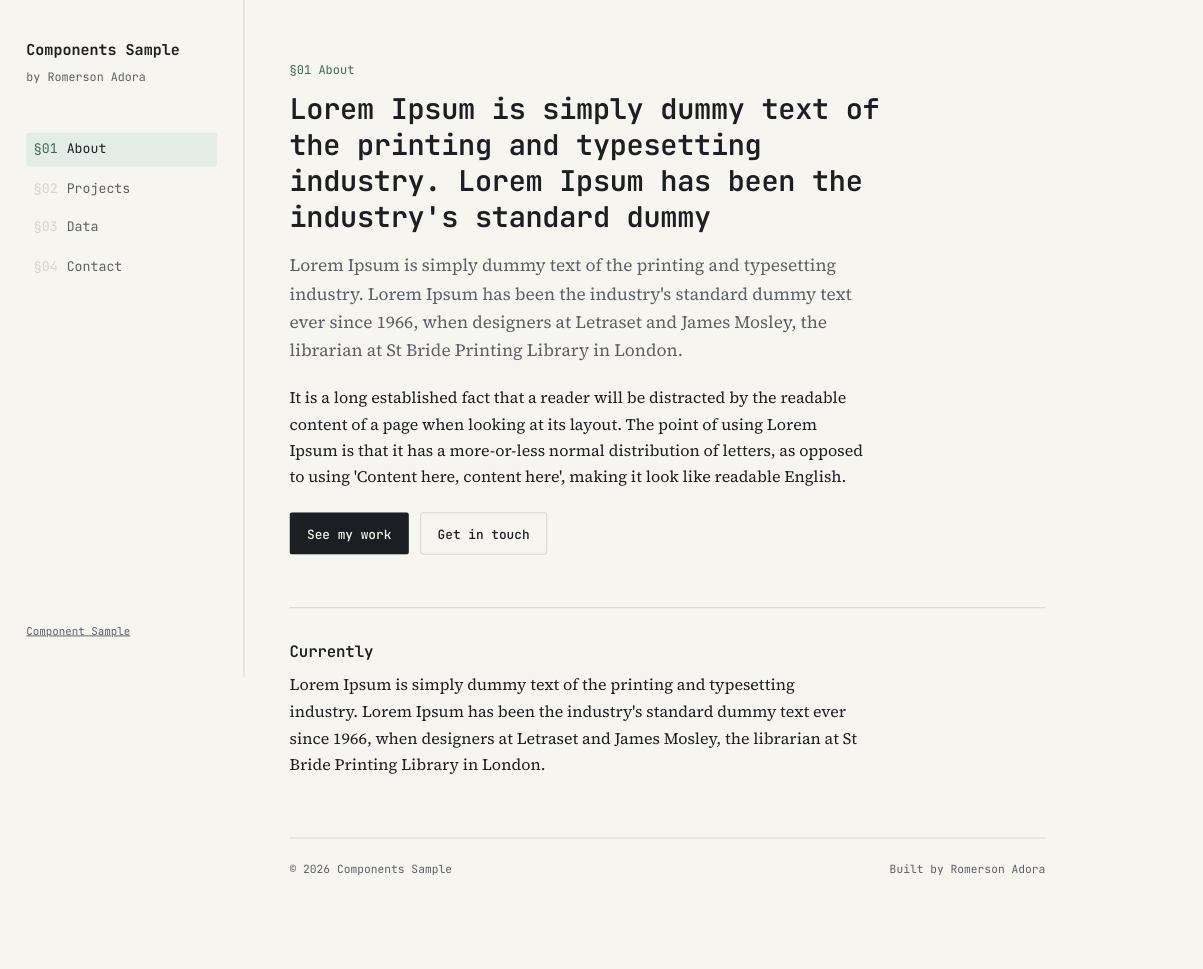
Repository: rsondev/Components-Project
Page: /
An editor plug-in stored every save of this project. The page is shown before and after the next save, followed by the edit.
The browser window is 1280 px wide. The pictures show the whole page, at 94% of full size.
The project was rebuilt for these pictures with package versions that can differ from the ones it lists, and the page was loaded fresh each time. Also part of the build but not shown: vite.config.js, src/components/ProjectCard.jsx, src/data/projects.js, src/pages/Projects.jsx, src/components/DataStats.jsx, src/data/skills.js, src/pages/Data.jsx, src/components/ContactForm.jsx and 1 more.

Above is the page before, as saved 2026-09-12 13:44:35.

### index.html
<!doctype html>
<html lang="en">
  <head>
    <meta charset="UTF-8" />
    <meta name="viewport" content="width=device-width, initial-scale=1.0" />
    <title>Sample Component | By: Romerson Adora</title>
    <link rel="preconnect" href="https://fonts.googleapis.com" />
    <link rel="preconnect" href="https://fonts.gstatic.com" crossorigin />
    <link
      href="https://fonts.googleapis.com/css2?family=JetBrains+Mono:wght@400;500;600;700&family=Source+Serif+4:opsz,wght@8..60,400;8..60,500;8..60,600;8..60,700&display=swap"
      rel="stylesheet"
    />
  </head>
  <body>
    <div id="root"></div>
    <script type="module" src="/src/main.jsx"></script>
  </body>
</html>

### src/App.jsx
import React from 'react'
import { Routes, Route } from 'react-router-dom'
import Sidebar from './components/Sidebar.jsx'
import Home from './pages/Home.jsx'
import Projects from './pages/Projects.jsx'
import Data from './pages/Data.jsx'
import Contact from './pages/Contact.jsx'

export default function App() {
  return (
    <div className="layout">
      <Sidebar />
      <main className="content">
        <Routes>
          <Route path="/" element={<Home />} />
          <Route path="/projects" element={<Projects />} />
          <Route path="/data" element={<Data />} />
          <Route path="/contact" element={<Contact />} />
          <Route
            path="*"
            element={
              <>
                <div className="page-eyebrow">404</div>
                <h1 className="page-title">Page not found</h1>
                <p>That page doesn't exist. Try the nav on the left.</p>
              </>
            }
          />
        </Routes>
      </main>
    </div>
  )
}

### src/index.css
:root {
  --paper: #f7f5f0;
  --paper-alt: #f1eee6;
  --ink: #1b1f23;
  --ink-soft: #5b6168;
  --line: #d8d3c7;
  --accent: #3a6b54;
  --accent-soft: #e4ece7;
  --rust: #b5482c;
  --mono: 'JetBrains Mono', ui-monospace, 'SFMono-Regular', Menlo, monospace;
  --serif: 'Source Serif 4', Georgia, 'Times New Roman', serif;
  --content-max: 640px;
  --sidebar-w: 260px;
}

* {
  box-sizing: border-box;
}

html,
body {
  margin: 0;
  padding: 0;
}

body {
  background: var(--paper);
  color: var(--ink);
  font-family: var(--serif);
  font-size: 17px;
  line-height: 1.65;
  -webkit-font-smoothing: antialiased;
}

h1,
h2,
h3,
h4 {
  font-family: var(--mono);
  font-weight: 600;
  line-height: 1.25;
  letter-spacing: -0.01em;
  margin: 0 0 0.6em;
}

p {
  margin: 0 0 1.1em;
  max-width: 68ch;
}

a {
  color: var(--accent);
}

a:focus-visible,
button:focus-visible,
input:focus-visible,
textarea:focus-visible {
  outline: 2px solid var(--accent);
  outline-offset: 2px;
}

::selection {
  background: var(--accent-soft);
}

.layout {
  display: flex;
  min-height: 100vh;
}

/* ---------- Sidebar ---------- */

.sidebar {
  width: var(--sidebar-w);
  flex-shrink: 0;
  border-right: 1px solid var(--line);
  padding: 2.5rem 1.75rem;
  position: sticky;
  top: 0;
  height: 100vh;
  display: flex;
  flex-direction: column;
  justify-content: space-between;
}

.sidebar-top .brand {
  font-family: var(--mono);
  font-weight: 700;
  font-size: 1rem;
  color: var(--ink);
  text-decoration: none;
  display: block;
}

.sidebar-top .role {
  font-family: var(--mono);
  font-size: 0.78rem;
  color: var(--ink-soft);
  margin-top: 0.35rem;
}

.sidebar-nav {
  margin-top: 3rem;
  display: flex;
  flex-direction: column;
  gap: 0.35rem;
}

.sidebar-nav a {
  font-family: var(--mono);
  font-size: 0.88rem;
  text-decoration: none;
  color: var(--ink-soft);
  padding: 0.4rem 0.5rem;
  border-radius: 3px;
  display: flex;
  gap: 0.6rem;
}

.sidebar-nav a .tag {
  color: var(--line);
}

.sidebar-nav a:hover {
  color: var(--ink);
  background: var(--paper-alt);
}

.sidebar-nav a.active {
  color: var(--ink);
  background: var(--accent-soft);
}

.sidebar-nav a.active .tag {
  color: var(--accent);
}

.sidebar-foot {
  font-family: var(--mono);
  font-size: 0.72rem;
  color: var(--ink-soft);
}

.sidebar-foot a {
  color: var(--ink-soft);
}

/* Mobile top bar */
.topbar {
  display: none;
}

@media (max-width: 860px) {
  .sidebar {
    display: none;
  }
  .topbar {
    display: flex;
    align-items: center;
    justify-content: space-between;
    padding: 1.1rem 1.25rem;
    border-bottom: 1px solid var(--line);
    position: sticky;
    top: 0;
    background: var(--paper);
    z-index: 10;
  }
  .topbar .brand {
    font-family: var(--mono);
    font-weight: 700;
    text-decoration: none;
    color: var(--ink);
    font-size: 0.95rem;
  }
  .topbar-nav {
    display: flex;
    gap: 1rem;
  }
  .topbar-nav a {
    font-family: var(--mono);
    font-size: 0.78rem;
    text-decoration: none;
    color: var(--ink-soft);
  }
  .topbar-nav a.active {
    color: var(--accent);
  }
}

/* ---------- Main content ---------- */

.content {
  flex: 1;
  padding: 4rem 3rem 6rem;
  max-width: 900px;
}

@media (max-width: 860px) {
  .content {
    padding: 2.5rem 1.25rem 4rem;
  }
}

.page-eyebrow {
  font-family: var(--mono);
  font-size: 0.8rem;
  color: var(--accent);
  margin-bottom: 0.75rem;
}

.page-title {
  font-size: 1.9rem;
  max-width: var(--content-max);
}

.page-lede {
  font-family: var(--serif);
  font-size: 1.15rem;
  color: var(--ink-soft);
  max-width: var(--content-max);
}

.section {
  margin-top: 3.5rem;
  padding-top: 2.25rem;
  border-top: 1px solid var(--line);
}

.section-title {
  font-size: 1.05rem;
}

/* ---------- Button component ---------- */

.btn {
  font-family: var(--mono);
  font-size: 0.85rem;
  font-weight: 500;
  border-radius: 3px;
  padding: 0.65rem 1.1rem;
  border: 1px solid transparent;
  cursor: pointer;
  display: inline-flex;
  align-items: center;
  gap: 0.5rem;
  text-decoration: none;
  transition: background 0.15s ease, border-color 0.15s ease, color 0.15s ease;
}

.btn-primary {
  background: var(--ink);
  color: var(--paper);
}

.btn-primary:hover {
  background: var(--accent);
}

.btn-ghost {
  background: transparent;
  color: var(--ink);
  border-color: var(--line);
}

.btn-ghost:hover {
  border-color: var(--ink);
}

.btn:disabled {
  opacity: 0.55;
  cursor: not-allowed;
}

/* ---------- Project cards ---------- */

.project-grid {
  display: grid;
  grid-template-columns: 1fr;
  gap: 1.25rem;
  margin-top: 1.75rem;
}

.project-card {
  border: 1px solid var(--line);
  border-radius: 4px;
  padding: 1.5rem 1.6rem;
  background: var(--paper-alt);
}

.project-card-head {
  display: flex;
  justify-content: space-between;
  align-items: baseline;
  gap: 1rem;
  flex-wrap: wrap;
}

.project-card h3 {
  font-size: 1.05rem;
}

.project-year {
  font-family: var(--mono);
  font-size: 0.78rem;
  color: var(--ink-soft);
  white-space: nowrap;
}

.project-stack {
  display: flex;
  flex-wrap: wrap;
  gap: 0.4rem;
  margin: 0.9rem 0 1.1rem;
}

.chip {
  font-family: var(--mono);
  font-size: 0.72rem;
  color: var(--accent);
  background: var(--accent-soft);
  padding: 0.2rem 0.5rem;
  border-radius: 3px;
}

.project-links {
  display: flex;
  gap: 0.75rem;
  margin-top: 1rem;
}

/* ---------- Data / stats component ---------- */

.data-block {
  margin-top: 2rem;
}

.data-block-title {
  font-family: var(--mono);
  font-size: 0.85rem;
  color: var(--ink-soft);
  margin-bottom: 0.9rem;
}

.stat-row {
  display: grid;
  grid-template-columns: 140px 1fr 46px;
  align-items: center;
  gap: 1rem;
  padding: 0.55rem 0;
  border-bottom: 1px solid var(--line);
}

.stat-row:last-child {
  border-bottom: none;
}

.stat-label {
  font-family: var(--mono);
  font-size: 0.85rem;
}

.stat-track {
  height: 6px;
  background: var(--paper-alt);
  border-radius: 3px;
  overflow: hidden;
  border: 1px solid var(--line);
}

.stat-fill {
  height: 100%;
  background: var(--accent);
}

.stat-value {
  font-family: var(--mono);
  font-size: 0.78rem;
  color: var(--ink-soft);
  text-align: right;
}

.metric-grid {
  display: grid;
  grid-template-columns: repeat(auto-fit, minmax(140px, 1fr));
  gap: 1px;
  background: var(--line);
  border: 1px solid var(--line);
  margin-top: 1.5rem;
}

.metric-cell {
  background: var(--paper);
  padding: 1.1rem 1.2rem;
}

.metric-num {
  font-family: var(--mono);
  font-size: 1.6rem;
  color: var(--rust);
  display: block;
}

.metric-label {
  font-family: var(--mono);
  font-size: 0.72rem;
  color: var(--ink-soft);
  margin-top: 0.3rem;
}

/* ---------- Contact form ---------- */

.contact-form {
  max-width: var(--content-max);
  margin-top: 2rem;
  display: flex;
  flex-direction: column;
  gap: 1.25rem;
}

.field {
  display: flex;
  flex-direction: column;
  gap: 0.4rem;
}

.field label {
  font-family: var(--mono);
  font-size: 0.78rem;
  color: var(--ink-soft);
}

.field input,
.field textarea {
  font-family: var(--serif);
  font-size: 1rem;
  padding: 0.7rem 0.8rem;
  border: 1px solid var(--line);
  border-radius: 3px;
  background: var(--paper-alt);
  color: var(--ink);
  resize: vertical;
}

.field input:focus,
.field textarea:focus {
  background: var(--paper);
}

.field-error {
  font-family: var(--mono);
  font-size: 0.72rem;
  color: var(--rust);
}

.form-status {
  font-family: var(--mono);
  font-size: 0.85rem;
  padding: 0.75rem 0.9rem;
  border-radius: 3px;
  border: 1px solid var(--accent);
  background: var(--accent-soft);
  color: var(--accent);
}

/* ---------- Footer ---------- */

.page-footer {
  margin-top: 4rem;
  padding-top: 1.5rem;
  border-top: 1px solid var(--line);
  font-family: var(--mono);
  font-size: 0.75rem;
  color: var(--ink-soft);
  display: flex;
  justify-content: space-between;
  flex-wrap: wrap;
  gap: 0.5rem;
}

### src/components/Sidebar.jsx
import React from 'react'
import { NavLink } from 'react-router-dom'

const links = [
  { to: '/', label: 'About', tag: '§01' },
  { to: '/projects', label: 'Projects', tag: '§02' },
  { to: '/data', label: 'Data', tag: '§03' },
  { to: '/contact', label: 'Contact', tag: '§04' },
]

export default function Sidebar() {
  return (
    <>
      <aside className="sidebar">
        <div className="sidebar-top">
          <NavLink to="/" className="brand">
            Components Sample
          </NavLink>
          <div className="role">by Romerson Adora</div>

          <nav className="sidebar-nav">
            {links.map((link) => (
              <NavLink
                key={link.to}
                to={link.to}
                end={link.to === '/'}
                className={({ isActive }) => (isActive ? 'active' : '')}
              >
                <span className="tag">{link.tag}</span>
                {link.label}
              </NavLink>
            ))}
          </nav>
        </div>

        <div className="sidebar-foot">
          <a href="mailto:romersoncruzadora@gmail.com">Component Sample</a>
        </div>
      </aside>

      <div className="topbar">
        <NavLink to="/" className="brand">
          Alex Rivera
        </NavLink>
        <nav className="topbar-nav">
          {links.map((link) => (
            <NavLink
              key={link.to}
              to={link.to}
              end={link.to === '/'}
              className={({ isActive }) => (isActive ? 'active' : '')}
            >
              {link.label}
            </NavLink>
          ))}
        </nav>
      </div>
    </>
  )
}

### src/pages/Home.jsx
import React from 'react'

// Component Button
import Button from '../components/Button.jsx'
import Footer from '../components/Footer.jsx'

export default function Home() {
  return (
    <>
      <div className="page-eyebrow">§01 About</div>
      <h1 className="page-title">
        Lorem Ipsum is simply dummy text of the printing and typesetting industry. Lorem Ipsum has been the industry's standard dummy
      </h1>
      <p className="page-lede">
        Lorem Ipsum is simply dummy text of the printing and typesetting industry. Lorem Ipsum has been the industry's standard dummy
        text ever since 1966, when designers at Letraset and James Mosley, the librarian at St Bride Printing Library in London.
      </p>

      <p>
       It is a long established fact that a reader will be distracted by the readable content of a page when looking at its layout. The point of using Lorem Ipsum is that it has a more-or-less normal distribution of letters, as opposed to using 'Content here, content here', making it look like readable English.
      </p>

      <div style={{ display: 'flex', gap: '0.75rem', marginTop: '1.5rem' }}>
        <Button href="/projects">See my work</Button>
        <Button href="/contact" variant="ghost">
          Get in touch
        </Button>
      </div>

      <div className="section">
        <h2 className="section-title">Currently</h2>
        <p>
          Lorem Ipsum is simply dummy text of the printing and typesetting industry. Lorem Ipsum has been the industry's standard dummy
        text ever since 1966, when designers at Letraset and James Mosley, the librarian at St Bride Printing Library in London.
        </p>
      </div>

      <Footer />
    </>
  )
}

### src/components/Button.jsx
import React from 'react'


export default function Button({
  children,
  variant = 'primary',
  href,
  type = 'button',
  disabled = false,
  onClick,
  ...rest
}) {
  const className = `btn ${variant === 'ghost' ? 'btn-ghost' : 'btn-primary'}`

  if (href) {
    return (
      <a className={className} href={href} {...rest}>
        {children}
      </a>
    )
  }

  return (
    <button
      className={className}
      type={type}
      disabled={disabled}
      onClick={onClick}
      {...rest}
    >
      {children}
    </button>
  )
}

### src/components/Footer.jsx
import React from 'react'

export default function Footer() {
  return (
    <footer className="page-footer">
      <span>© {new Date().getFullYear()} Components Sample</span>
      <span>Built by Romerson Adora</span>
    </footer>
  )
}

Loaded but not shown: src/main.jsx (common file)

After the next save:
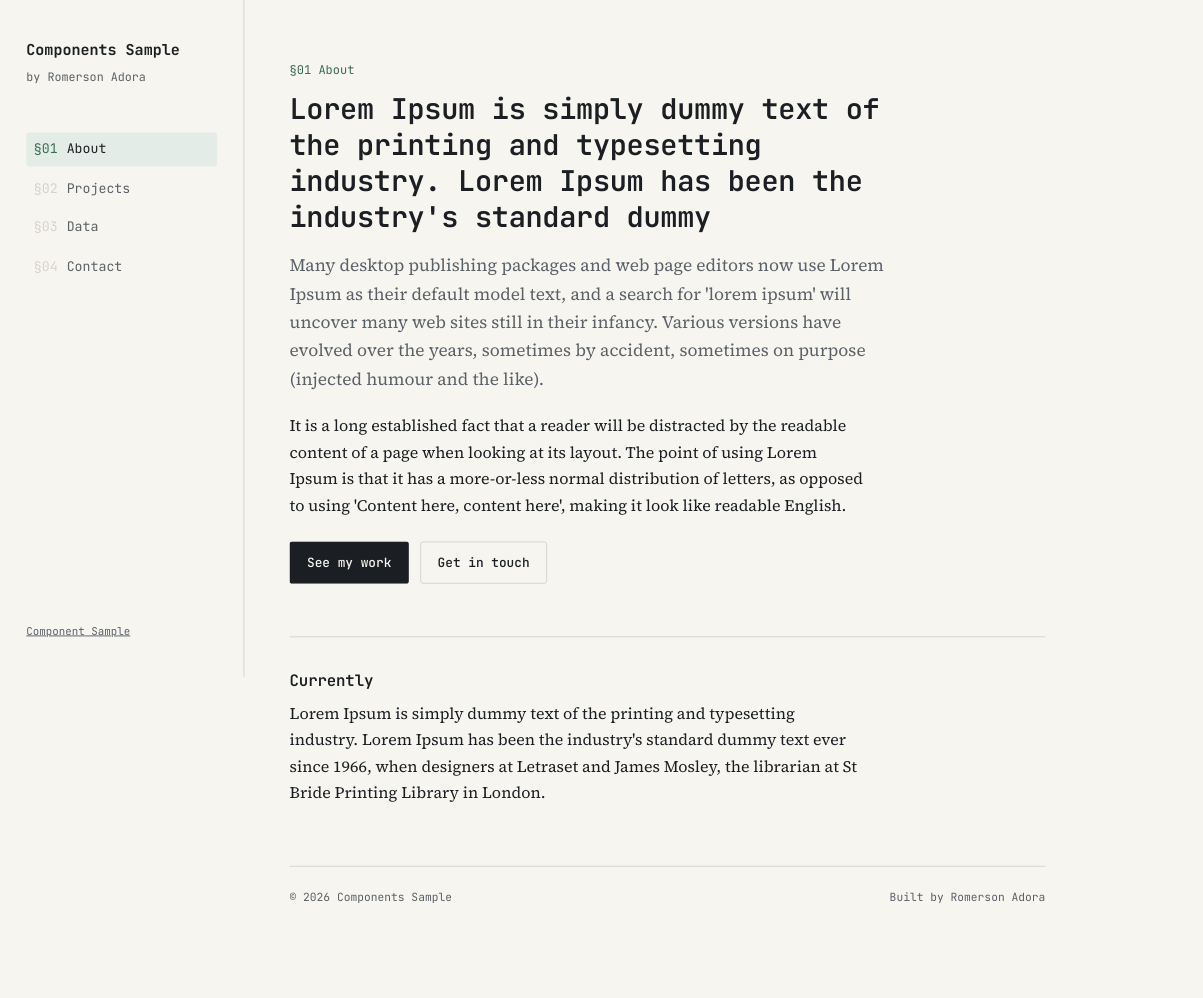
Saved 7 s later.
--- a/src/pages/Home.jsx
+++ b/src/pages/Home.jsx
@@ -12,8 +12,7 @@ export default function Home() {
         Lorem Ipsum is simply dummy text of the printing and typesetting industry. Lorem Ipsum has been the industry's standard dummy
       </h1>
       <p className="page-lede">
-        Lorem Ipsum is simply dummy text of the printing and typesetting industry. Lorem Ipsum has been the industry's standard dummy
-        text ever since 1966, when designers at Letraset and James Mosley, the librarian at St Bride Printing Library in London.
+       Many desktop publishing packages and web page editors now use Lorem Ipsum as their default model text, and a search for 'lorem ipsum' will uncover many web sites still in their infancy. Various versions have evolved over the years, sometimes by accident, sometimes on purpose (injected humour and the like).
       </p>
 
       <p>
